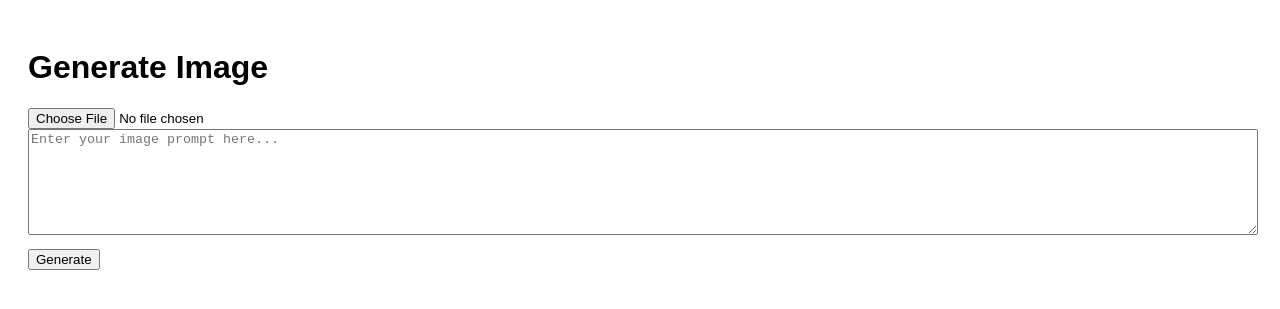
Repository: NinjaPunkGirls/marina3desktopimagegenerator
Page: index.html
The author's editor kept a copy of each file at every save. The page is drawn from the files as they stood at one save, then again after the next save.
The browser window is 1280 px wide. The pictures show the whole page.

Above is the page before, as saved 2025-05-31 21:40:10.

### index.html
<!DOCTYPE html>
<html>
<head>
    <meta charset="UTF-8">
    <title>Image Generator</title>
    <link rel="stylesheet" href="./style.css">
</head>
<body>
    <h1>Generate Image</h1>
    <input type="file" id="init-image" accept="image/*">
    <textarea id="prompt" placeholder="Enter your image prompt here..."></textarea>
    <button id="generate-btn">Generate</button>
    <div id="image-container">
        <!-- Generated image will appear here -->
    </div>

    <script src="./renderer.js"></script>
</body>
</html>

### style.css
body {
    font-family: sans-serif;
    padding: 20px;
}

#prompt {
    width: 100%;
    height: 100px;
    margin-bottom: 10px;
}

#image-container img {
    max-width: 100%;
    height: auto;
}

### renderer.js
// All of the Node.js APIs are available in the preload process.
// It has the same sandbox as a Chrome extension.
document.addEventListener("DOMContentLoaded", () => {
    const promptInput = document.getElementById("prompt");
    const generateBtn = document.getElementById("generate-btn");
    const imageContainer = document.getElementById("image-container");
    const initImageInput = document.getElementById("init-image"); // Get the new file input

    // WARNING: Storing API key directly in renderer is not secure.
    // This should be handled in the main process or a secure backend.
    const STABILITY_API_KEY = "sk-NGZlhQdx9OsZDTAHUdmgrIfrlPJTtJEEc02UqvzyFdENj6hJ"; // Replace with your actual API key
    // Corrected official Stability AI Platform API endpoint structure based on documentation
    const API_BASE_URL = "https://api.stability.ai/v1/generation";
    // Using an available engine_id based on the list command
    const ENGINE_ID = "stable-diffusion-v1-6"; // Changed to v1.6
    // API_ENDPOINT will be determined based on whether an image is provided

    generateBtn.addEventListener("click", async () => {
        const prompt = promptInput.value;
        const initImageFile = initImageInput.files[0]; // Get the selected file

        // Ensure a prompt is always provided
        if (!prompt) {
            alert("Please enter a prompt.");
            return;
        }

        console.log("Generating image...");
        imageContainer.innerHTML = "<p>Generating...</p>";

        let apiEndpoint;
        let requestBody;
        let headers = {
            "Accept": "application/json",
            "Authorization": `Bearer ${STABILITY_API_KEY}`,
        };

        if (initImageFile) {
            // Image-to-image generation
            apiEndpoint = `${API_BASE_URL}/${ENGINE_ID}/image-to-image`;

            const formData = new FormData();
            formData.append('init_image', initImageFile);
            formData.append('text_prompts[0][text]', prompt); // Prompt is now guaranteed to have a value
            // Add other parameters as needed, e.g., steps, cfg_scale, etc.
            // For image-to-image, strength is an important parameter (0.0 to 1.0)
            // Lower strength means less noise added to the initial image (closer to original)
            // Higher strength means more noise added (further from original, more creative)
            // Default strength is 0.35 according to documentation.
            // formData.append('strength', '0.5'); // Example of adding strength
            // formData.append('cfg_scale', '7'); // Example of adding cfg_scale

            requestBody = formData;
            // Content-Type is automatically set to multipart/form-data for FormData
            // headers['Content-Type'] = 'multipart/form-data'; // Do NOT manually set this with FormData
        } else {
            // Text-to-image generation (prompt is already guaranteed to have a value)
            apiEndpoint = `${API_BASE_URL}/${ENGINE_ID}/text-to-image`;
            headers['Content-Type'] = 'application/json';
            requestBody = JSON.stringify({
                text_prompts: [{ text: prompt }],
                cfg_scale: 7,
                height: 512,
                width: 512,
                samples: 1,
                steps: 30,
            });
        }

        try {
            const response = await fetch(apiEndpoint, {
                method: "POST",
                headers: headers,
                body: requestBody,
            });

            if (!response.ok) {
                 const errorText = await response.text();
                 throw new Error(`HTTP error! status: ${response.status}, message: ${errorText}`);
            }

            const responseJSON = await response.json();

            // The API should return artifacts as per the official documentation example
            if (responseJSON.artifacts && responseJSON.artifacts.length > 0) {
                imageContainer.innerHTML = ''; // Clear loading text
                responseJSON.artifacts.forEach((image, index) => {
                    const imgElement = document.createElement("img");
                    imgElement.src = `data:[embedded picture, 39 characters] // Assuming PNG base64 based on docs
                    imgElement.alt = `Generated image ${index + 1}`;
                    imageContainer.appendChild(imgElement);
                });
            }
             else {
                imageContainer.innerHTML = "<p>Error: Could not generate image or receive valid response.</p>";
            }

        } catch (error) {
            console.error("Error generating image:", error);
            imageContainer.innerHTML = `<p>Error: ${error.message}</p>`;
        }
    });
});

After the next save:
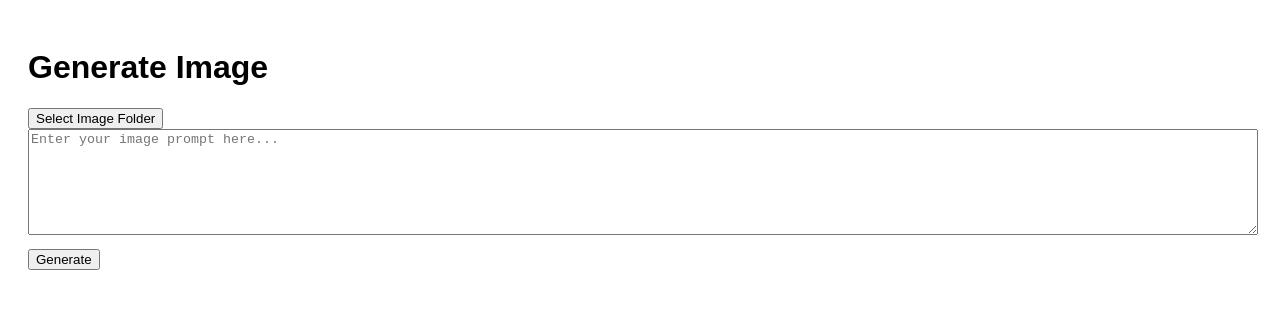
Saved 5 min 24 s later.
--- a/index.html
+++ b/index.html
@@ -7,7 +7,12 @@
 </head>
 <body>
     <h1>Generate Image</h1>
-    <input type="file" id="init-image" accept="image/*">
+    <!-- Remove the single image input -->
+    <!-- <input type="file" id="init-image" accept="image/*"> -->
+
+    <button id="select-folder-btn">Select Image Folder</button>
+    <div id="image-grid"></div> <!-- Container to display images -->
+
     <textarea id="prompt" placeholder="Enter your image prompt here..."></textarea>
     <button id="generate-btn">Generate</button>
     <div id="image-container">
